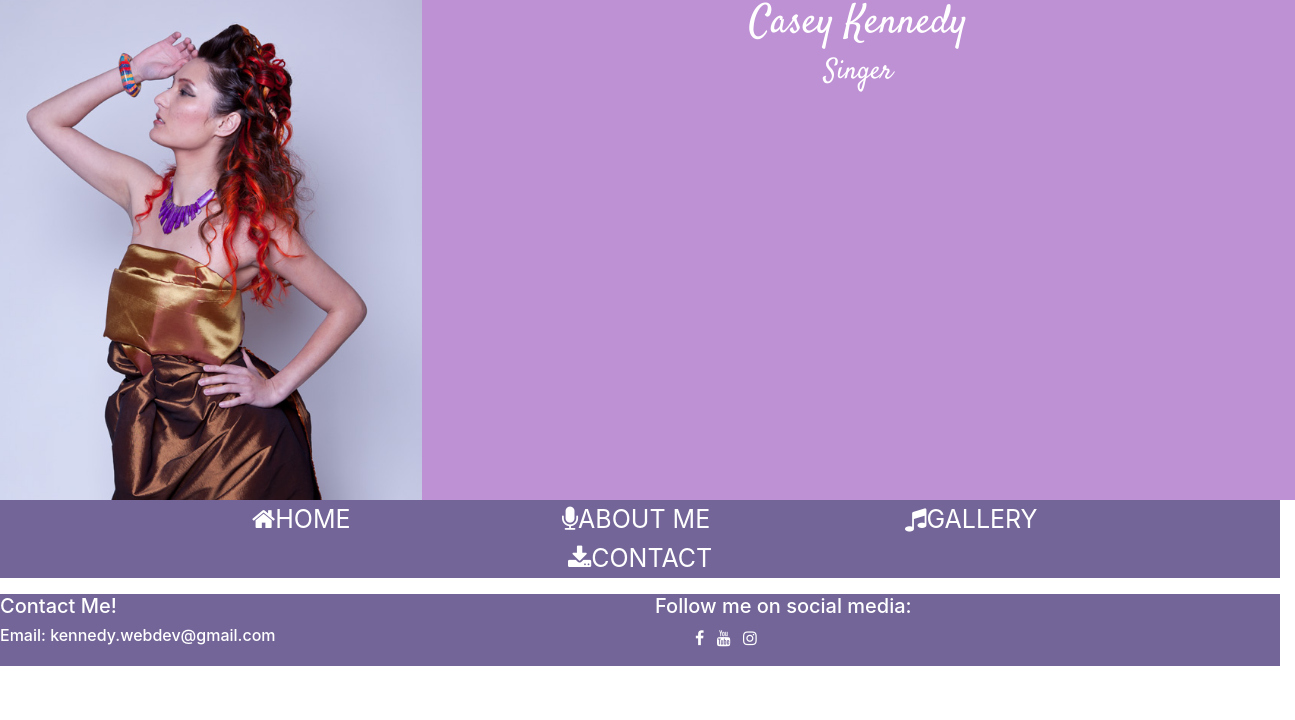
Repository: SheenaKennedy/Casey-Kennedy-s-Music-Page
Page: contact.html
The author's editor kept a record of every edit. The page is drawn from the files as they stood at one moment, then again after the next edit.
The browser window is 1280 px wide. The page is 1295 px wide, so the pictures cover 1295 px, including what lies to the right of the window. The pictures show the whole page.

Above is the page before.

### contact.html
<!DOCTYPE html>
<html lang="en">
<head>
    <meta charset="UTF-8">
    <meta name="viewport" content="width=device-width, initial-scale=1.0">
    <meta http-equiv="X-UA-Compatible" content="ie=edge">
    <link href="https://fonts.googleapis.com/css?family=Satisfy&display=swap" rel="stylesheet">
    <link rel="stylesheet" href="https://stackpath.bootstrapcdn.com/bootstrap/4.3.1/css/bootstrap.min.css" type="text/css" />
    <link rel="stylesheet" href="https://stackpath.bootstrapcdn.com/font-awesome/4.7.0/css/font-awesome.min.css" type="text/css" />
    <link rel="stylesheet" href="https://cdnjs.cloudflare.com/ajax/libs/hover.css/2.3.1/css/hover-min.css" type="text/css" />
    <link rel="stylesheet" href="assets/css/style.css">
    <title>Casey</title>
</head>
<body>
    <header>
        <div class="row">
            <a class="col-md-4 headshot" href="contact.html"></a>
            <div class="col-md-8 heading">
                <h1>Casey Kennedy</h1>
                <h3>Singer</h3>
            </div>
        </div>
        <div class="row">
             <div class="col">
                 <ul id="nav" class="list-inline menucontainer">
                    <li class="col-6 col-sm-3 ui-menu-color-home list-inline-item menuitem">
                    <a href="overview.html" class="hvr-grow-shadow"><i class="fa fa-home" aria-hidden="true"></i><span>Home</span></a>
                    </li>

                    <li class="col-6 col-sm-3 ui-menu-color-resumé list-inline-item menuitem">
                    <a href="about-me.html" class="hvr-grow-shadow"><i class="fa fa-microphone" aria-hidden="true"></i><span>About Me</span></a>
                    </li>

                    <li class="col-6 col-sm-3 ui-menu-color-contact list-inline-item menuitem">
                    <a href="gallery.html" class="hvr-grow-shadow"><i class="fa fa-music" aria-hidden="true"></i><span>Gallery</span></a>
                    </li>

                    <li class="col-6 col-sm-3 ui-menu-color-download list-inline-item menuitem">
                    <a href="contact.html" class="hvr-grow-shadow"><i class="fa fa-download" aria-hidden="true"></i><span>Contact</span></a>
                    </li>
                </ul>
                </ul>
            </div>
        </div>
    </header>

    <section>
        <btn
        <div class="photo2"></div>

    </section>

    <footer>
        <div class="row">

            <div class="col-sm-6 footer-contact">
                <h5>Contact Me!</h5>
                <h6>Email: kennedy.webdev@gmail.com</h6>
            </div>

            <div class="col-sm-6">
                <h5>Follow me on social media:</h5>
                <ul class="social-links">
                    <li class="list-inline-item">
                        <a href="https://www.facebook.com/caseykennedy">
                        <i class="fa fa-facebook" ></i>
                            <span class="sr-only">Facebook</span>
                        </a>
                    </li>

                    <li class="list-inline-item">
                        <a href="https://www.youtube.com/user/tonyboymarin">
                        <i class="fa fa-youtube"></i>
                            <span class="sr-only">Youtube</span>
                        </a>
                    </li>

                    <li class="list-inline-item">
                        <a href="https://www.instagram.com/">
                        <i class="fa fa-instagram"></i>
                            <span class="sr-only">Instagram</span>
                        </a>
                    </li>
                </ul>
            </div>
        </div>
    </footer>
</body>
</html>

### assets/css/style.css

/* ---------------------------------------------------------------Heading */

header {
    margin: 0;
}

.heading {
    background-color: rgba(190, 144, 212,1);
    margin-left: 0px;
    font-family: 'Satisfy', cursive;
    color: white;
    text-align: center;
    vertical-align: middle;
    font-weight: 300;
    font-size: 75px;
    margin-top: 0px;
}

.headshot {
    background: url("../images/Entertainment3.jpg");
    background-position: center;
    background-repeat: no-repeat;
    background-size: cover;
    min-height: 500px;
    transition: all .5s ease-in-out;
    -moz-transition: all .5s ease-in-out;
    -webkit-transition: all .5s ease-in-out;
}

/* ---------------------------------------------------------------Menu */

.menucontainer {
    background-color: rgba(115, 101, 152, 1);
    text-align: center;
    font-size: 25px;
    text-decoration: none;
    text-transform: uppercase;

}

span {
    color: white;
}

i {
    color: white;
}

/* ---------------------------------------------------------------Section */

.photo1 {
    background: url("../images/Entertainment1.jpg")
}

.photo2 {
    background: url("../images/Entertainment2.jpg")
}

.photo3 {
    background: url("../images/Entertainment4.jpg")
}

/* ---------------------------------------------------------------Footer */

footer {
    background-color: rgba(115, 101, 152, 1);
    color: white;
}

After the next edit:
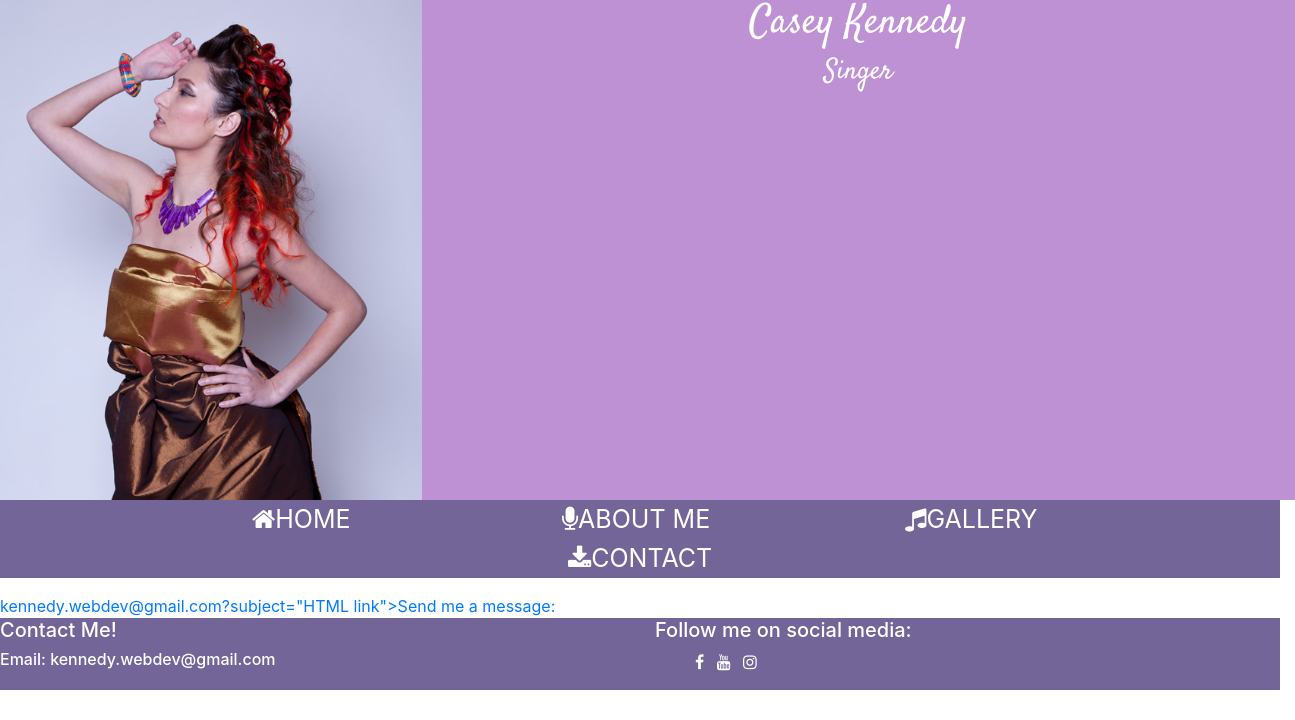
The edit:
--- a/contact.html
+++ b/contact.html
@@ -45,7 +45,8 @@
     </header>
 
     <section>
-        <btn
+
+        <a href=mailto:<nowiki>kennedy.webdev@gmail.com?subject="HTML link">Send me a message:</a>
         <div class="photo2"></div>
 
     </section>
